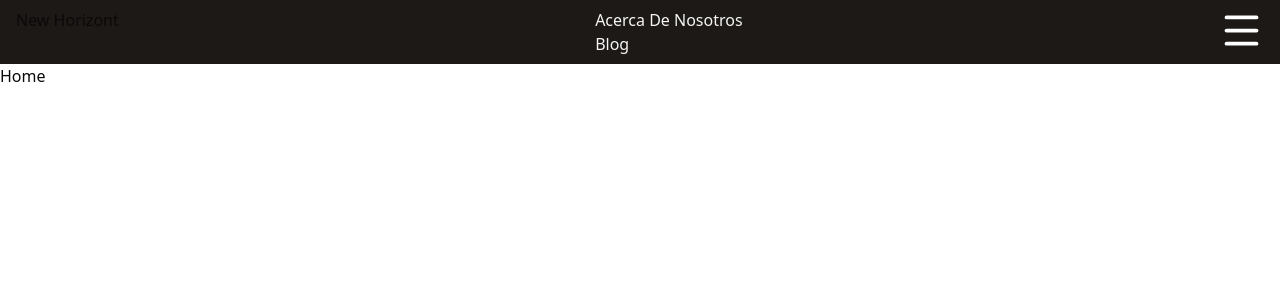
Repository: jefrydep/new-horizont-school
Page: /
An editor plug-in stored every save of this project. The page is shown before and after the next save, followed by the edit.
The browser window is 1280 px wide. The pictures show the whole page.
The project was rebuilt for these pictures with package versions that can differ from the ones it lists, and the page was loaded fresh each time. The framework's server and built-in components were replaced by stand-ins that run in the browser. Also part of the build but not shown: next.config.ts.

Above is the page before, as saved 2024-11-07 16:14:33.

### src/app/layout.tsx
import type { Metadata } from "next";
import localFont from "next/font/local";
import "./globals.css";
import Navbar from "@/components/Navbar";

const geistSans = localFont({
  src: "./fonts/GeistVF.woff",
  variable: "--font-geist-sans",
  weight: "100 900",
});
const geistMono = localFont({
  src: "./fonts/GeistMonoVF.woff",
  variable: "--font-geist-mono",
  weight: "100 900",
});

export const metadata: Metadata = {
  title: "Create Next App",
  description: "Generated by create next app",
};

export default function RootLayout({
  children,
}: Readonly<{
  children: React.ReactNode;
}>) {
  return (
    <html lang="en">
      <body
        className={`${geistSans.variable} ${geistMono.variable} antialiased`}
      >
        <Navbar/>
        {children}
      </body>
    </html>
  );
}

### src/app/(new-horizont-school)/layout.tsx
// import type { Metadata } from "next";
// import localFont from "next/font/local";

import Navbar from "@/components/Navbar";

// const geistSans = localFont({
//   src: "./fonts/GeistVF.woff",
//   variable: "--font-geist-sans",
//   weight: "100 900",
// });
// const geistMono = localFont({
//   src: "./fonts/GeistMonoVF.woff",
//   variable: "--font-geist-mono",
//   weight: "100 900",
// });

// export const metadata: Metadata = {
//   title: "Create Next App",
//   description: "Generated by create next app",
// };

export default function SchoolLayout({
  children,
}: Readonly<{
  children: React.ReactNode;
}>) {
  return (
    <html lang="en">
      <body
      // className={`${geistSans.variable} ${geistMono.variable} antialiased`}
      >
        {children}
      </body>
    </html>
  );
}

### src/app/globals.css
@tailwind base;
@tailwind components;
@tailwind utilities;

/* :root {
  --background: #ffffff;
  --foreground: #171717;
}

@media (prefers-color-scheme: dark) {
  :root {
    --background: #0a0a0a;
    --foreground: #ededed;
  }
}

body {
  color: var(--foreground);
  background: var(--background);
  font-family: Arial, Helvetica, sans-serif;
} */
@layer base {
  :root {
    --background: 0 0% 100%;
    --foreground: 20 14.3% 4.1%;
    --card: 0 0% 100%;
    --card-foreground: 20 14.3% 4.1%;
    --popover: 0 0% 100%;
    --popover-foreground: 20 14.3% 4.1%;
    --primary: 24 9.8% 10%;
    --primary-foreground: 60 9.1% 97.8%;
    --secondary: 60 4.8% 95.9%;
    --secondary-foreground: 24 9.8% 10%;
    --muted: 60 4.8% 95.9%;
    --muted-foreground: 25 5.3% 44.7%;
    --accent: 60 4.8% 95.9%;
    --accent-foreground: 24 9.8% 10%;
    --destructive: 0 84.2% 60.2%;
    --destructive-foreground: 60 9.1% 97.8%;
    --border: 20 5.9% 90%;
    --input: 20 5.9% 90%;
    --ring: 20 14.3% 4.1%;
    --chart-1: 12 76% 61%;
    --chart-2: 173 58% 39%;
    --chart-3: 197 37% 24%;
    --chart-4: 43 74% 66%;
    --chart-5: 27 87% 67%;
    --radius: 0.5rem
  }
  .dark {
    --background: 20 14.3% 4.1%;
    --foreground: 60 9.1% 97.8%;
    --card: 20 14.3% 4.1%;
    --card-foreground: 60 9.1% 97.8%;
    --popover: 20 14.3% 4.1%;
    --popover-foreground: 60 9.1% 97.8%;
    --primary: 60 9.1% 97.8%;
    --primary-foreground: 24 9.8% 10%;
    --secondary: 12 6.5% 15.1%;
    --secondary-foreground: 60 9.1% 97.8%;
    --muted: 12 6.5% 15.1%;
    --muted-foreground: 24 5.4% 63.9%;
    --accent: 12 6.5% 15.1%;
    --accent-foreground: 60 9.1% 97.8%;
    --destructive: 0 62.8% 30.6%;
    --destructive-foreground: 60 9.1% 97.8%;
    --border: 12 6.5% 15.1%;
    --input: 12 6.5% 15.1%;
    --ring: 24 5.7% 82.9%;
    --chart-1: 220 70% 50%;
    --chart-2: 160 60% 45%;
    --chart-3: 30 80% 55%;
    --chart-4: 280 65% 60%;
    --chart-5: 340 75% 55%
  }
}
@layer base {
  * {
    @apply border-border;
  }
  body {
    @apply bg-background text-foreground;
  }
}

### src/components/Navbar.tsx
import { Menu } from "lucide-react";
import Link from "next/link";

export default function Navbar() {
  return (
    <header className="bg-primary h-16">
      <div className="flex justify-between px-4 py-2  ">
        <div>New Horizont</div>
        <nav className="outline-none hidden sm:block list-none">
          <li className="text-secondary">
            <Link href={"/about"}>Acerca De Nosotros</Link>
          </li>
          <li className="text-secondary">
            <Link href={"/blog"}>Blog</Link>
          </li>
        </nav>
        <div className="  ">
          <Menu color="white" size={45} />
        </div>
        {/* <li className="text-secondary">
            <Link href={"/about"}>About</Link>
          </li> */}
      </div>
    </header>
  );
}

Loaded but not shown: src/app/(new-horizont-school)/page.tsx (common file); tailwind.config.ts (common file)

After the next save:
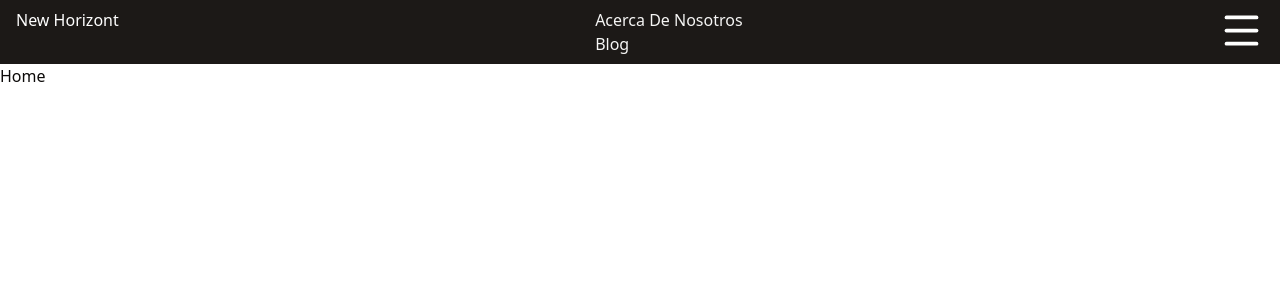
Saved 4 min 24 s later.
--- a/src/components/Navbar.tsx
+++ b/src/components/Navbar.tsx
@@ -5,7 +5,7 @@ export default function Navbar() {
   return (
     <header className="bg-primary h-16">
       <div className="flex justify-between px-4 py-2  ">
-        <div>New Horizont</div>
+        <div className="text-white">New Horizont</div>
         <nav className="outline-none hidden sm:block list-none">
           <li className="text-secondary">
             <Link href={"/about"}>Acerca De Nosotros</Link>
